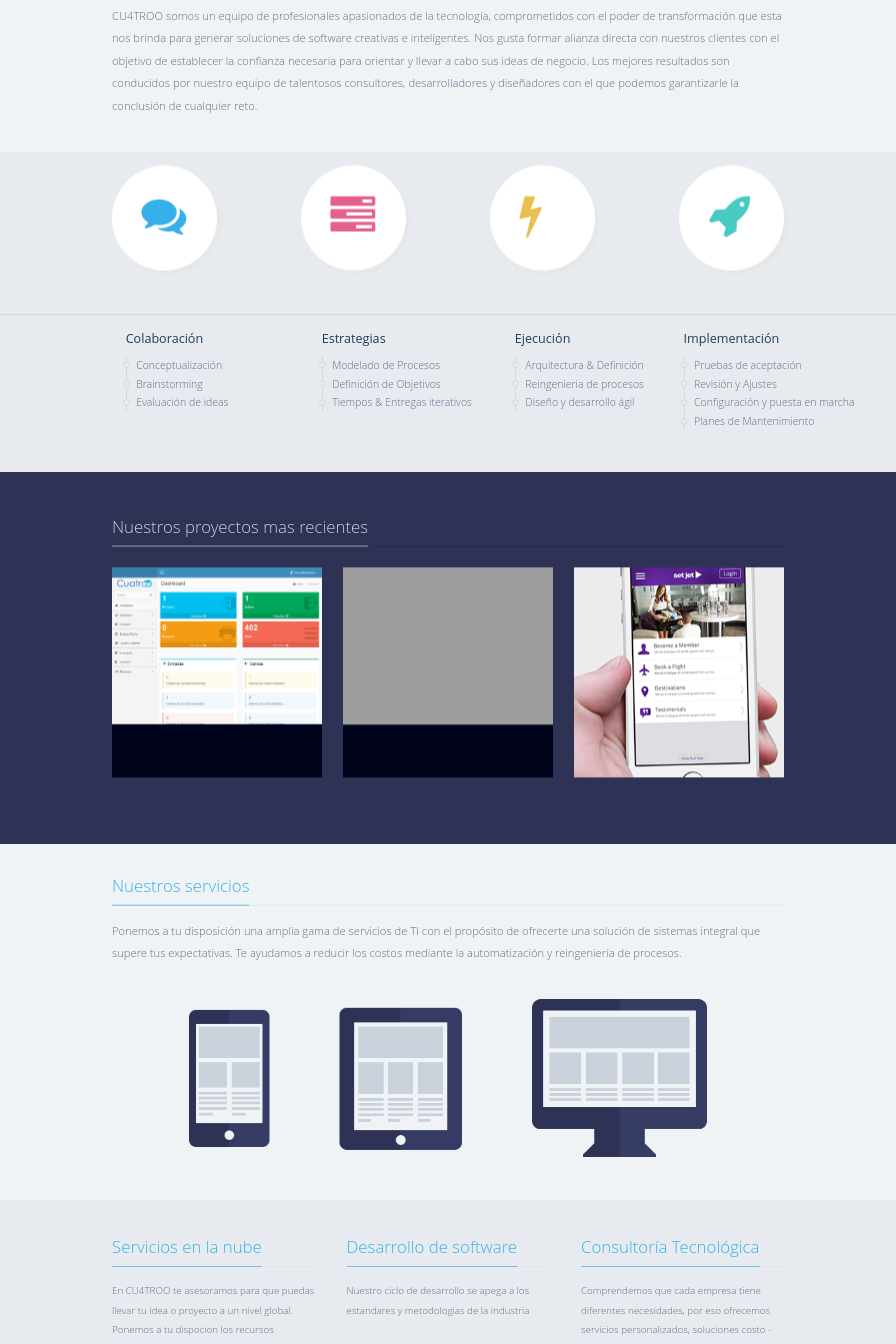
Repository: cuatroo/website
Page: index.html
The author's editor kept a record of every edit. The page is drawn from the files as they stood at one moment, then again after the next edit.
The browser window is 1280 px wide. The pictures show the part of the page from y = 601 to 2521 px (the page is 2963 px tall), at 70% of full size.
Pictures or frames that could not be fetched are drawn as grey boxes. Some web libraries are served in a nearby version.

Above is the page before.
Console error (its wording comes from the project's code and is left out).

After the next edit:
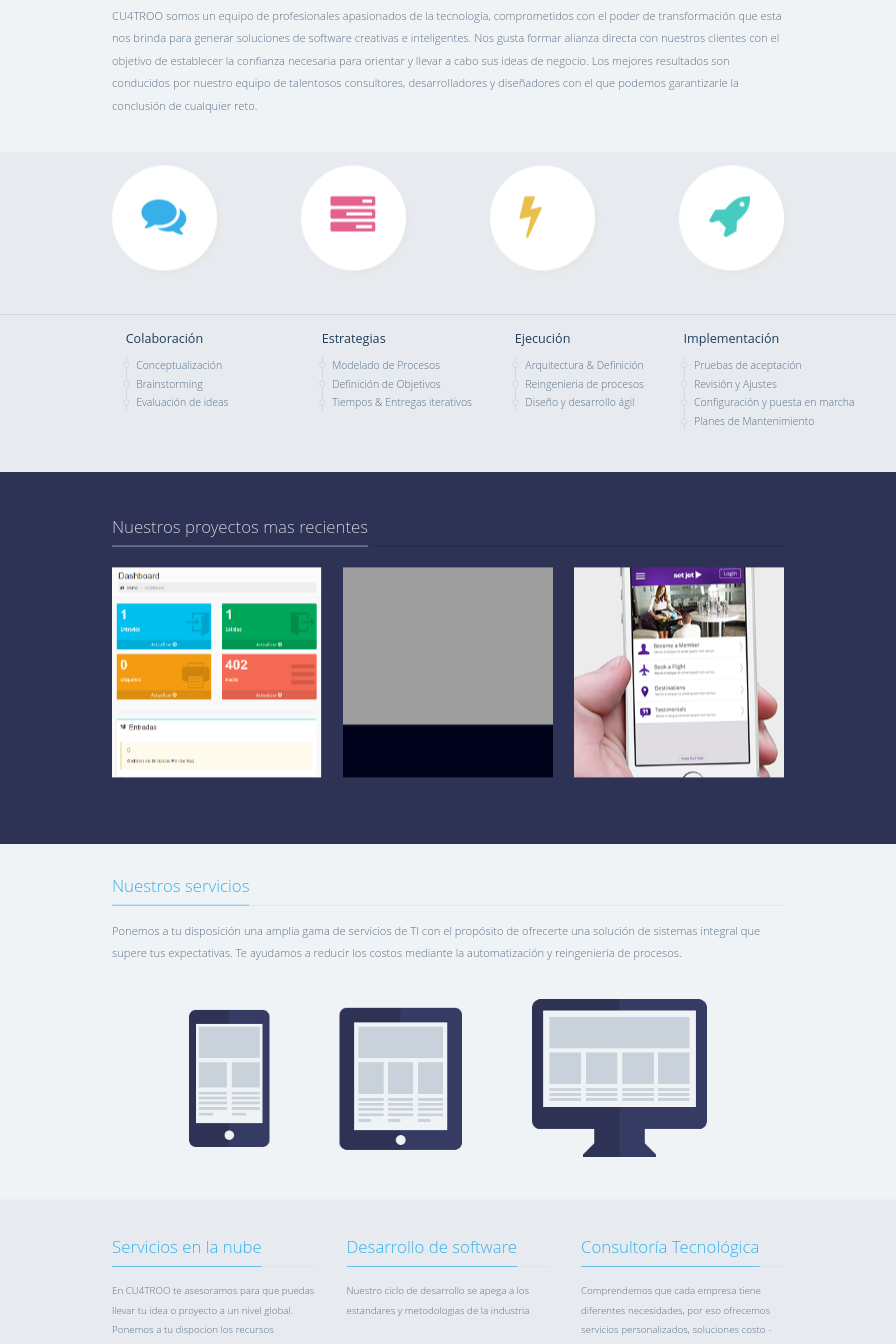
The edit:
--- a/index.html
+++ b/index.html
@@ -147,8 +147,8 @@
 		        				<h3>Nuestros proyectos mas recientes</h3>
 		        			</header>
 		        			<div class="gallery animate">
-                                <div class="shotWrapper" data-img="assets/img/raveil.png">
-                                    <div class="shot" style="background: url(assets/img/inventory.png)">
+                                <div class="shotWrapper" data-img="assets/img/inventory.png">
+                                    <div class="shot" style="background: url(assets/img/inventory_preview.png)">
                                         <div class="overlay">
                                             <div class="contentContainer">
                                                 <header>
